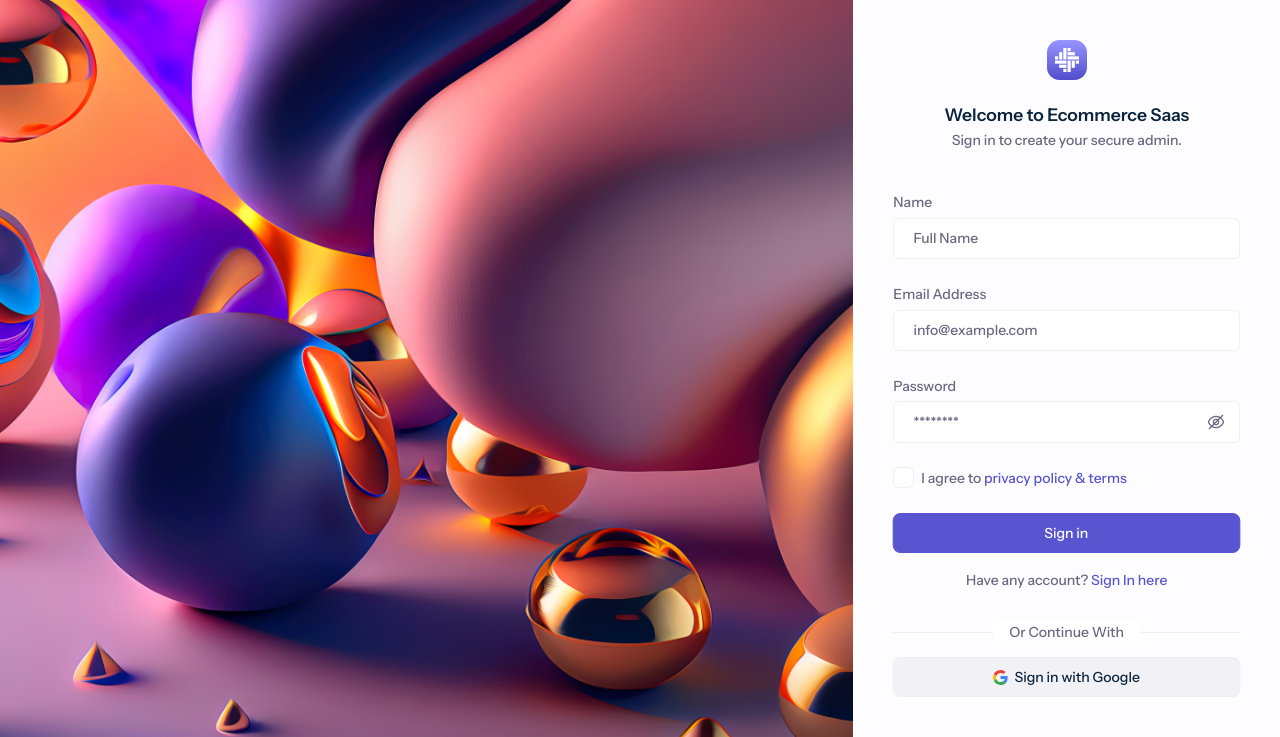
Repository: rudrah-hub/ecommerce-saas
Page: http://localhost/login
The author's editor kept a copy of each file at every save. The page is drawn from the files as they stood at one save, then again after the next save.
The browser window is 1280 px wide. The pictures show the whole page.
The page is served by the project's Laravel application, run on PHP 8.4 with Laravel 12.

Above is the page before, as saved 2026-01-19 17:30:40.

After the next save:
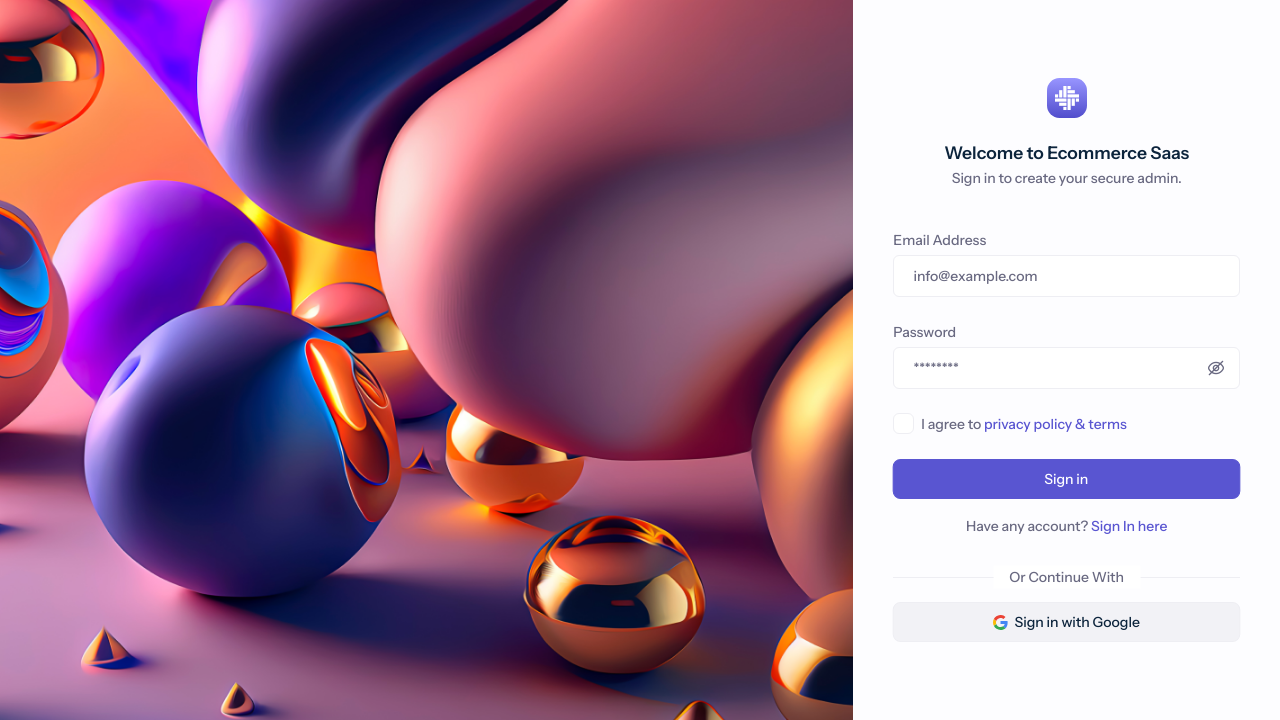
Saved 12 s later.
--- a/resources/views/auth/login.blade.php
+++ b/resources/views/auth/login.blade.php
@@ -19,10 +19,6 @@
                             <p>Sign in to create your secure admin.</p>
                         </div>
                         <form action="index.html">
-                            <div class="mb-4">
-                                <label class="form-label" for="registerName">Name</label>
-                                <input type="text" class="form-control" id="registerName" placeholder="Full Name">
-                            </div>
                             <div class="mb-4">
                                 <label class="form-label" for="registerEmail">Email Address</label>
                                 <input type="email" class="form-control" id="registerEmail"
